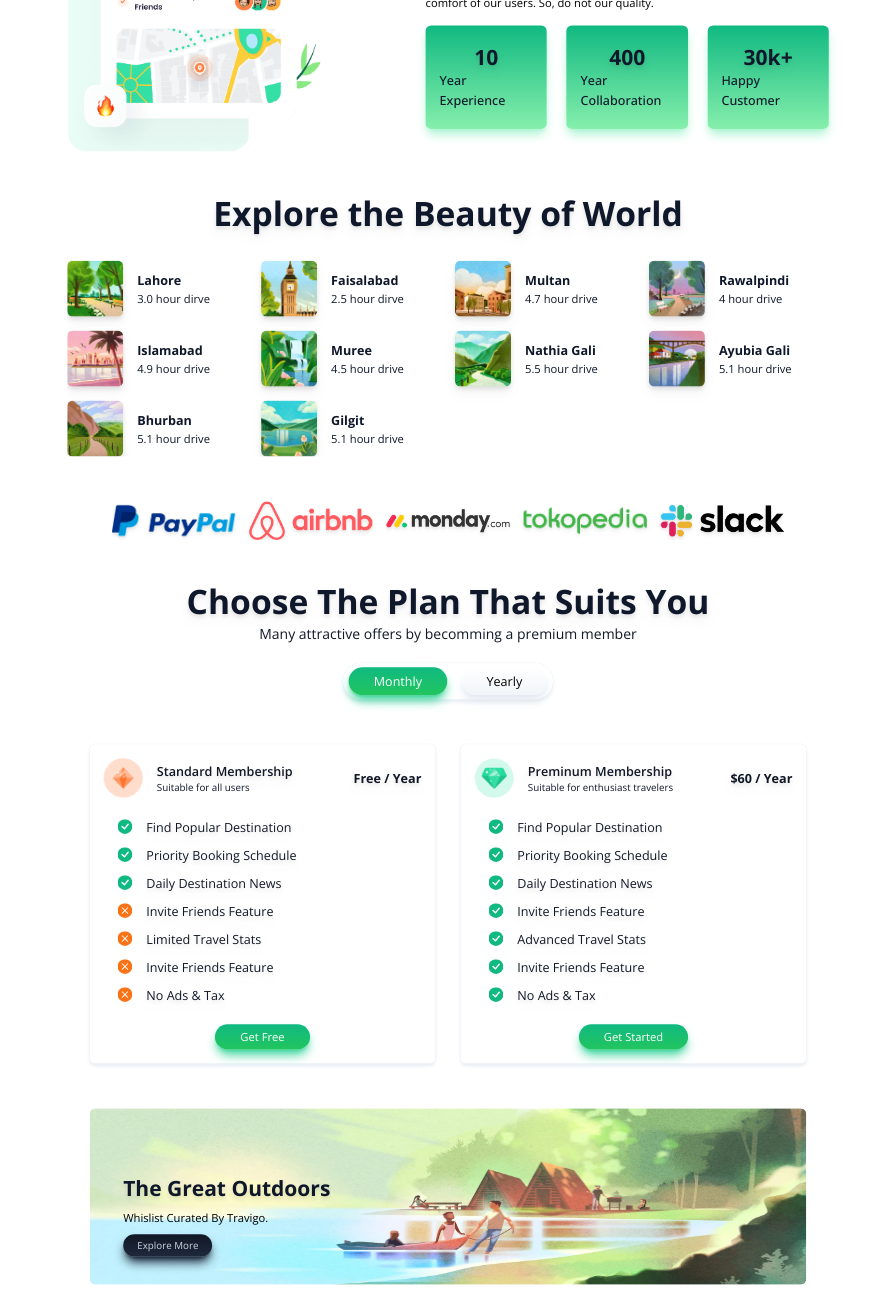
Repository: ThiAlbani83/travigo-travel-app
Page: /
The author's editor kept a copy of each file at every save. The page is drawn from the files as they stood at one save, then again after the next save.
The browser window is 1280 px wide. The pictures show the part of the page from y = 1355 to 3275 px (the page is 3203 px tall before and 3275 px after), at 70% of full size.
The project was rebuilt for these pictures with package versions that can differ from the ones it lists, and the page was loaded fresh each time. Also part of the build but not shown: vite.config.js.

Above is the page before, as saved 2023-03-22 10:44:49.

### src/main.jsx
import React from 'react'
import ReactDOM from 'react-dom/client'
import App from './App'
import './index.css'
import { BrowserRouter } from 'react-router-dom'

ReactDOM.createRoot(document.getElementById('root')).render(
  <React.StrictMode>
    <BrowserRouter>
      <App />
    </BrowserRouter>

  </React.StrictMode>,
)

### src/App.jsx
import React from 'react'
import { Navbar, Hero, Footer, Memory, Explore, Advertise, Pricings, Banner } from './components'
import { hero, navlinks, memory, placesAPI, brands, pricingapi, bannerAPI, footerAPI } from './data/travigodata'

const App = () => {
  return (
    <>
      <Navbar navlinks={navlinks} />
      <Hero hero={hero} />
      <Memory memory={memory} />
      <Explore title='Explore the Beauty of World' placesAPI={placesAPI} />
      <Advertise brands={brands} />
      <Pricings pricingapi={pricingapi}/>
      <Banner bannerAPI={bannerAPI} />
      <Footer footerAPI={footerAPI} />
    </>
  )
}

export default App

### src/index.css
@import url('https://fonts.googleapis.com/css2?family=Open+Sans:wght@300;400;500;600;700;800&display=swap');

@tailwind base;
@tailwind components;
@tailwind utilities;

@layer base {
    *{
        margin: 0;
        padding: 0;
        font-family: 'Open Sans', sans-serif;
    }

    .scroll-hidden::-webkit-scrollbar{
        display: none !important;
    }


    .travigo-container {
        @apply w-[85vw] xl:w-[95vw] m-auto
    }


    .button-emerald {
        @apply bg-gradient-to-b from-emerald-500 to-green-500 shadow-lg shadow-emerald-400 rounded-full
        text-lg sm:text-sm px-9 py-1.5 transition-all duration-200 active:scale-90 text-white sm:w-48
    }

    .button-light {
        @apply bg-gradient-to-b from-white to-slate-100 shadow-lg rounded-full
        text-lg sm:text-sm px-9 py-1.5 transition-all duration-200 active:scale-90 text-black sm:w-48
    }

    .drop-shadow-emerald{
        filter: drop-shadow(0.1rem 0.1rem 1rem rgba(74 222 128 / 80%));
    }


    .showpopup {
        opacity: 1;
        visibility: visible;
        transform: skewY(0deg) translateY(10px);
    }

    .noshowpopup {
        opacity: 0;
        visibility: hidden;
        transform: skewY(3deg) translateY(-30px);
    }


}

### src/components/index.js
export { default as Navbar } from "./Navbar.jsx";
export { default as Hero } from "./Hero.jsx";
export { default as Memory } from "./Memory.jsx";
export { default as Explore } from "./Explore.jsx";
export { default as Advertise } from "./Advertise.jsx";
export { default as Pricings } from "./Pricings.jsx";
export { default as Banner } from "./Banner.jsx";
export { default as Footer } from "./Footer.jsx";

### src/data/travigodata.js
import dashboard from "../images/dashboard.png";
import memoryimg from "../images/memory.png";

import brand1 from "../images/brand1.png";
import brand2 from "../images/brand2.png";
import brand3 from "../images/brand3.png";
import brand4 from "../images/brand4.png";
import brand5 from "../images/brand5.png";

import place1 from "../images/img1.webp";
import place2 from "../images/img2.webp";
import place3 from "../images/img3.webp";
import place4 from "../images/img4.webp";
import place5 from "../images/img5.jpg";
import place6 from "../images/img6.webp";
import place7 from "../images/img7.webp";
import place8 from "../images/img8.webp";
import place9 from "../images/img9.webp";
import place10 from "../images/img10.webp";

import standardicon from "../images/standardicon.png";
import preminumicon from "../images/preminum.png";
import checkbox from "../images/checkbox.svg";
import uncheckbox from "../images/uncheckbox.svg";

import facebook from "../images/facebook.svg";
import instagram from "../images/instagram.svg";
import twitter from "../images/twitter.svg";
import youtube from "../images/youtube.svg";

import banner from "../images/banner.webp";

export const brands = [
  { iconSrc: brand1 },
  { iconSrc: brand2 },
  { iconSrc: brand3 },
  { iconSrc: brand4 },
  { iconSrc: brand5 },
];

export const navlinks = [
  { link: "Home", id: "home" },
  { link: "About", id: "about" },
  { link: "Explore", id: "explore" },
  { link: "Pricing", id: "pricing" },
  { link: "Contact", id: "contact" },
];

export const hero = {
  title: "Its a Gig World Out",
  subtitle: "Then, Go Explore",
  text: "We provide you always your dream places. We always make our customer happy by proving many choices.",
  btn1: "Get Started",
  btn2: "Get Demo",
  img: dashboard,
};

export const memory = {
  title: "Sweet Memories",
  subtitle: "Come To Life Again",
  text: "What we have always taken care for 10 years is always prioritizing the comfort of our users. So, do not our quality.",
  img: memoryimg,
  experience: [
    { number: "10", title: "Year Experience" },
    { number: "400", title: "Year Collaboration" },
    { number: "30k+", title: "Happy Customer" },
  ],
};

export const placesAPI = [
  { placeImg: place1, location: "Lahore", distance: "3.0 hour dirve" },
  { placeImg: place2, location: "Faisalabad", distance: "2.5 hour dirve" },
  { placeImg: place3, location: "Multan", distance: "4.7 hour drive" },
  { placeImg: place4, location: "Rawalpindi", distance: "4 hour drive" },
  { placeImg: place5, location: "Islamabad", distance: "4.9 hour drive" },
  { placeImg: place6, location: "Muree", distance: "4.5 hour drive" },
  { placeImg: place7, location: "Nathia Gali", distance: "5.5 hour drive" },
  { placeImg: place8, location: "Ayubia Gali", distance: "5.1 hour drive" },
  { placeImg: place9, location: "Bhurban", distance: "5.1 hour drive" },
  { placeImg: place10, location: "Gilgit", distance: "5.1 hour drive" },
];

export const pricingapi = {
  title: "Choose The Plan That Suits You",
  text: "Many attractive offers by becomming a premium member",
  btn1: "Monthly",
  btn2: "Yearly",
  plans: [
    {
      planicon: standardicon,
      title: "Standard Membership",
      text: "Suitable for all users",
      plantype: "Free / Year",
      plancontent: [
        { iconbox: checkbox, text: "Find Popular Destination" },
        { iconbox: checkbox, text: "Priority Booking Schedule" },
        { iconbox: checkbox, text: "Daily Destination News" },
        { iconbox: uncheckbox, text: "Invite Friends Feature" },
        { iconbox: uncheckbox, text: "Limited Travel Stats" },
        { iconbox: uncheckbox, text: "Invite Friends Feature" },
        { iconbox: uncheckbox, text: "No Ads & Tax" },
      ],
      buttonText: "Get Free",
    },
    {
      planicon: preminumicon,
      title: "Preminum Membership",
      text: "Suitable for enthusiast travelers",
      plantype: "$60 / Year",
      plancontent: [
        { iconbox: checkbox, text: "Find Popular Destination" },
        { iconbox: checkbox, text: "Priority Booking Schedule" },
        { iconbox: checkbox, text: "Daily Destination News" },
        { iconbox: checkbox, text: "Invite Friends Feature" },
        { iconbox: checkbox, text: "Advanced Travel Stats" },
        { iconbox: checkbox, text: "Invite Friends Feature" },
        { iconbox: checkbox, text: "No Ads & Tax" },
      ],
      buttonText: "Get Started",
    },
  ],
};

export const bannerAPI = {
  title: "The Great Outdoors",
  text: "Whislist Curated By Travigo.",
  imgSrc: banner,
  btnText: "Explore More",
};

export const footerAPI = {
  titles: [{ title: "About" }, { title: "Company" }, { title: "Support" }],
  links: [
    [
      { link: "About US" },
      { link: "Features" },
      { link: "News" },
      { link: "Menu" },
    ],
    [
      { link: "Why Travigo?" },
      { link: "Partner with Us" },
      { link: "FAQ" },
      { link: "Blog" },
    ],
    [
      { link: "Account" },
      { link: "Support Center" },
      { link: "Feedback" },
      { link: "Contact Us" },
      { link: "Accesbility" },
    ],
  ],
  sociallinks: [
    { icon: facebook },
    { icon: instagram },
    { icon: twitter },
    { icon: youtube },
  ],
};

### src/components/Navbar.jsx
import React, { useState } from 'react'
import { NavLink } from 'react-router-dom'
import logo from '../images/logo.png'
import menu from '../images/menu.svg'
import PopupMenu from './PopupMenu'

const Navbar = ({ navlinks }) => {

  const [popupState, setPopupState] = useState(false)
  const onTriggerPopup = () => setPopupState(!popupState)

  return (
    <>
      <header className='flex items-center justify-center w-auto h-auto absolute top-7 left-0 right-0'>
        <nav className='flex items-center justify-between travigo-container'>
          <NavLink to={'/'} className='flex items-center' >
            <img src={logo} alt="logo/img" className=' w-20 h-9 object-fill' />
          </NavLink>
          <ul className='flex items-center lg:hidden gap-7'>
            {navlinks?.map((val, index) => (
              <li key={index}>
                <NavLink to={'#'} className='text-lg text-slate-900'>{val.link}</NavLink>
              </li>
            ))}
          </ul>
          <ul className='flex items-center lg:hidden'>
            <li><button type='button' className='button-emerald px-7 text-base py-1'>Join Us</button></li>
          </ul>
          <ul className='hidden lg:flex items-center'>
            <li>
              <button
              onClick={onTriggerPopup}
              type='button' className='flex items-center justify-center transition-all duration-200 active:scale-90 cursor-pointer'>
                <img src={menu} alt="menu/svg" className='object-cover shadow-sm filter' />
              </button>
            </li>
          </ul>
        </nav>
      </header>
      <PopupMenu navlinks={navlinks} popupState={popupState}/>
    </>
  )
}

export default Navbar

### src/components/Hero.jsx
import React from 'react'

const Hero = ({hero: {title, subtitle, btn1, btn2, text, img}}) => {
  return (
    <>
      <div className='flex flex-col bg-gradient-to-b from-emerald-200 to-white h-auto w-auto'>
        <div className='travigo-container grid items-start justify-items-center'>
          <div className='grid items-center justify-items-center mt-36 mb-16 md:mt-28 md:mb-12'>
            <h1 className='text-7xl font-bold lg:text-6xl md:text-5xl sm:text4xl xsm:text-3xl text-black filter drop-shadow-lg'>{title}</h1>
            <h1 className='text-7xl font-bold lg:text-6xl md:text-5xl sm:text4xl xsm:text-3xl text-black filter drop-shadow-lg'>{subtitle}</h1>
            <p className='text-base my-5 text-center sm:text-sm'>{text}</p>
            <div className='flex items-center justify-center gap-11 sm:gap-3 sm:flex-col sm:w-full'>
              <button type='button' className='button-emerald'>{btn1}</button>
              <button type='button' className='button-light'>{btn2}</button>
            </div>
          </div>
          <div className='flex items-center justify-center mb-11'>
            <img src={img} alt="dashboard/img" className='h-[85vh] w-full object-fill lg:h-[75vh] md:h-[57vh] sm:h-[35vh]
            sm:object-contain drop-shadow-emerald'/>
          </div>
        </div>
      </div>
    </>
  )
}

export default Hero

### src/components/Memory.jsx
import React from 'react'

const Memory = ({memory: {title, text, subtitle, img, experience}}) => {
  return (
    <>
        <div className='relative my-16 md:mb-7'>
            <div className='travigo-container flex items-center justify-between gap-16 xl:gap-9 lg:flex-col-reverse'>
                <div className='flex items-center justify-start lg:justify-center w-full max-w-md'>
                    <img src={img} alt="memory/img" className='w-auto h-[55vh] object-fill' />
                </div>
                <div className='grid items-center w-full max-w-2xl lg:text-center'>
                    <h1 className=' text-5xl lg:text-4xl md:text-3xl text-slate-900 filter drop-shadow-lg'>{title}</h1>
                    <h1 className=' text-5xl lg:text-4xl md:text-3xl text-slate-900 filter drop-shadow-lg'>{subtitle}</h1>
                    <p className='text-base my-5 sm:text-sm'>{text}</p>
                    <div className='grid items-center grid-cols-3 gap-7 xl:gap-3'>
                        {experience?.map((val, index) => (
                            <div key={index} className='bg-gradient-to-b from-emerald-500 to-green-300 shadow-lg
                            shadow-emerald-200 rounded-lg h-auto w-auto flex items-center justify-center
                            flex-col text-slate-900 py-7 px-5 xl:p-5 filter cursor-pointer hover:scale-105  duration-300 transition-all'>
                                <h1 className='text-3xl xl:text-2xl sm:text-xl font-bold drop-shadow-lg'>
                                    {val.number}
                                </h1>
                                <p className='text-lg xl:text-base sm:text-sm xsm:text-xs font-medium'>
                                    {val.title}
                                </p>
                            </div>
                        ))}
                    </div>
                </div>
            </div>
        </div>
    </>
  )
}

export default Memory

### src/components/Explore.jsx
import React from 'react'

const Explore = ({ title, placesAPI }) => {
    return (
        <>
            <div className='relative my-7 md:mt-3'>
                <div className='travigo-container'>
                    <div className='flex items-center justify-center text-center mb-11 md:mb-7'>
                        <h1 className='text-5xl lg:text-4xl md:text-3xl sm:text-2xl xsm:text-xl font-bold filter drop-shadow-lg text-slate-900'>{title}</h1>
                    </div>
                    <div className='grid items-center grid-cols-4 lg:grid-cols-3 md:grid-cols-2 gap-5 overflow-hidden'>
                        {placesAPI?.map((val, index) => (
                            <div key={index} className='flex items-center gap-5 sm:gap-3 rounded-lg hover:bg-emerald-300 transition-all duration-300 cursor-pointer hover:scale-105'>
                                <div className='flex items-center'>
                                    <img src={val.placeImg}
                                    alt={val.location}
                                    className='w-20 h-20 sm:w-16 sm:h-16 rounded-lg filter drop-shadow-lg'/>
                                </div>
                                <div className='flex items-start flex-col text-slate-900'>
                                    <h1 className='text-lg sm:text-sm font-bold'>{val.location}</h1>
                                    <p className='font-normal lg:text-sm text-base sm:text-xs'>{val.distance}</p>
                                </div>
                            </div>
                        ))}
                    </div>
                </div>
            </div>
        </>
    )
}

export default Explore

### src/components/Advertise.jsx
import React from 'react'

const Advertise = ({brands}) => {
  return (
    <>
        <div className='my-16 lg:my-7 w-9/12 lg:w-[85vw] m-auto flex items-center justify-between
        xl:gap-7 overflow-x-scroll scroll-smooth scroll-hidden'>
            {brands?.map((val, index) => (
                <img key={index}
                className='w-44 h-auto object-fill xl:w-36 lg:w-32 hover:scale-105 transition-all duration-300 cursor-pointer filter drop-shadow-md'
                src={val.iconSrc} alt='brands/icon'/>
            ))}
        </div>
    </>
  )
}

export default Advertise

### src/components/Pricings.jsx
import React from 'react'
import PriceCard from './PriceCard'

const Pricings = ({ pricingapi: { title, text, btn1, btn2, plans } }) => {
    return (
        <>
            <div className='my-16 relative'>
                <div className='travigo-container'>
                    <div className='grid items-center justify-items-center mb-11 md:mb-7 text-center gap-2'>
                        <h1 className='text-5xl lg:text-4xl md:text-3xl sm:text-2xl xsm:text-xl font-bold filter
                        drop-shadow-lg text-slate-900'>{title}</h1>
                        <p className='text-xl lg:text-sm text-gray-900'>{text}</p>
                        <div className='ring-1 ring-slate-100 rounded-full py-1.5 px-2 flex items-center justify-between gap-5 my-5 shadow-md shadow-slate-200'>
                            <button type='button' className='button-emerald sm:w-auto'>{btn1}</button>
                            <button type='button' className='button-light sm:w-auto shadow-slate-200 bg-slate-100'>{btn2}</button>
                        </div>
                    </div>
                    <div className='grid items-center grid-cols-2 md:grid-cols-1 w-full max-w-5xl md:max-w-md gap-9 lg:gap-5 m-auto'>
                        {plans?.map((plan, index) => (
                            <PriceCard key={index} plans={plan} />
                        ))}
                    </div>
                </div>
            </div>
        </>
    )
}

export default Pricings

### src/components/Banner.jsx
import React from 'react'

const Banner = ({bannerAPI: {title, text, btnText, imgSrc}}) => {
    return (
        <>
            <div className='relative w-full max-w-5xl mx-auto mt-0 mb-3 xl:w-[95vw] rounded-lg overflow-hidden'>
                <div className='relative flex items-center'>
                    <img src={imgSrc} alt="banner/api" className='h-[35vh] w-full rounded-lg'/>
                </div>
                <div className='absolute top-24 left-12 w-full flex flex-col items-start md:items-center md:justify-center md:left-0
                md:top-14 gap-3'>
                    <h1 className='text-3xl font-bold text-slate-900 drop-shadow-lg filter'>{title}</h1>
                    <p className='text-base sm:text-sm'>{text}</p>
                    <button type='button' className='py-1.5 px-5 bg-gradient-to-b from-gray-900 to-slate-800 text-slate-300
                    text-sm rounded-full shadow-lg shadow-slate-900 transition-all duration-300 active:scale-90'>
                        {btnText}
                    </button>
                </div>
            </div>
        </>
    )
}

export default Banner

### src/components/Footer.jsx
import React from 'react'

const Footer = ({footerAPI: {titles, links, sociallinks}}) => {
  return (
    <>
       <footer className=''>
        <div className=''>
          {titles?.map((val, index) => (
            <div>

            </div>
          ))}
        </div>
        <div className=''></div>
       </footer>
    </>
  )
}

export default Footer

### src/components/PopupMenu.jsx
import React from 'react'
import { NavLink } from 'react-router-dom'

const PopupMenu = ({ navlinks, popupState }) => {
    return (
        <>
            <nav className={`fixed top-14 right-14 bg-white bg-opacity-70 opacity-100 z-50 backdrop-filter
        backdrop-blur-md rounded-lg w-44 h-auto py-5 px-6 hidden lg:flex items-center
        justify-center transition-transform duration-300 ${popupState ? 'lg:showpopup' : 'noshowpopup'}`}>
                <ul className='flex items-start flex-col gap-3'>
                    {navlinks?.map((val, index) => (
                        <li key={index}>
                            <NavLink to={`#`}>
                                {val.link}
                            </NavLink>
                        </li>
                    ))}
                    <li>
                        <button type='button' className='button-light sm:w-auto rounded-lg shadow-slate-300'>
                            Join Us
                        </button>
                    </li>
                </ul>
            </nav>
        </>
    )
}

export default PopupMenu

### src/components/PriceCard.jsx
import React from 'react'

const PriceCard = ({ plans: { planicon, title, text, plantype, plancontent, buttonText } }) => {
  return (
    <>
      <div className='p-5 rounded-lg bg-slate-50/5 ring-1 ring-slate-100 shadow-md shadow-slate-200'>
        <div className='flex items-center justify-between'>
          <div className='flex items-center gap-5'>
            <div className='grid items-center'>
              <img src={planicon} alt="planicon/image" className='w-14 h-14 lg:h-12 lg:w-12 object-cover' />
            </div>
            <div className='grid items-center'>
              <h1 className='text-gray-900 font-semibold text-lg filter drop-shadow-lg lg:text-base md:text-sm'>{title}</h1>
              <p className='text-slate-900 font-normal text-sm lg:text-xs'>{text}</p>
            </div>
          </div>
          <div className='grid items-center'>
            <h1 className='text-gray-900 font-bold text-lg filter drop-shadow-lg lg:text-base md:text-sm'>
              {plantype}
            </h1>
          </div>
        </div>
        <div className='h-[vh] bg-slate-200 my-7' />
        <div className='grid items-center gap-3 px-5'>
          {plancontent?.map((val, index) => (
            <div key={index} className='flex items-center justify-start gap-5'>
              <div className='grid items-center'>
                <img src={val.iconbox} alt="iconbox/svg" className='lg:w-5 lg:h-5' />
              </div>
              <div className=''>
                <h1 className='font-normal text-lg text-gray-900 filter drop-shadow-lg lg:text-base'>
                  {val.text}
                </h1>
              </div>
            </div>
          ))}
        </div>
        <div className='grid items-center justify-center mt-7'>
          <button type='button' className='button-emerald text-base'>
            {buttonText}
          </button>
        </div>
      </div>
    </>
  )
}

export default PriceCard

### tailwind.config.cjs
/** @type {import('tailwindcss').Config} */
module.exports = {
  content: [
    "./index.html",
    "./src/**/*.{js,ts,jsx,tsx}",
  ],
  theme: {
    extend: {},
    screens: {
      'xl': {'max':'1200px'},
      'lg': {'max':'991px'},
      'md': {'max':'767px'},
      'sm': {'max':'550px'},
      'xsm': {'max':'425px'},

    }
  },
  plugins: [],
}

Loaded but not shown: index.html (common file)

After the next save:
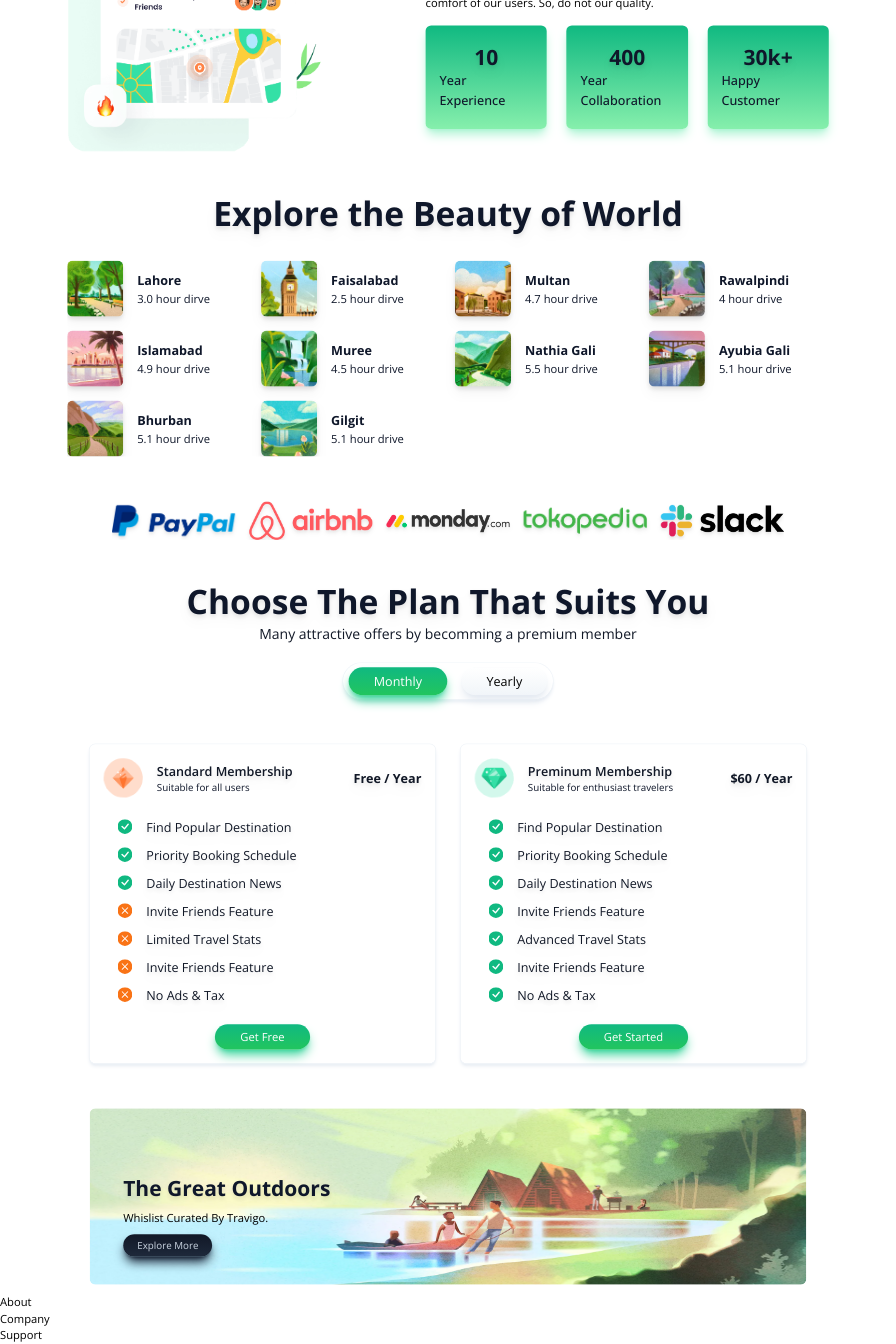
Saved 20 s later.
--- a/src/components/Footer.jsx
+++ b/src/components/Footer.jsx
@@ -6,8 +6,10 @@
        <footer className=''>
         <div className=''>
           {titles?.map((val, index) => (
-            <div>
-
+            <div key={index}>
+                <h1>
+                  {val.title}
+                </h1>
             </div>
           ))}
         </div>
